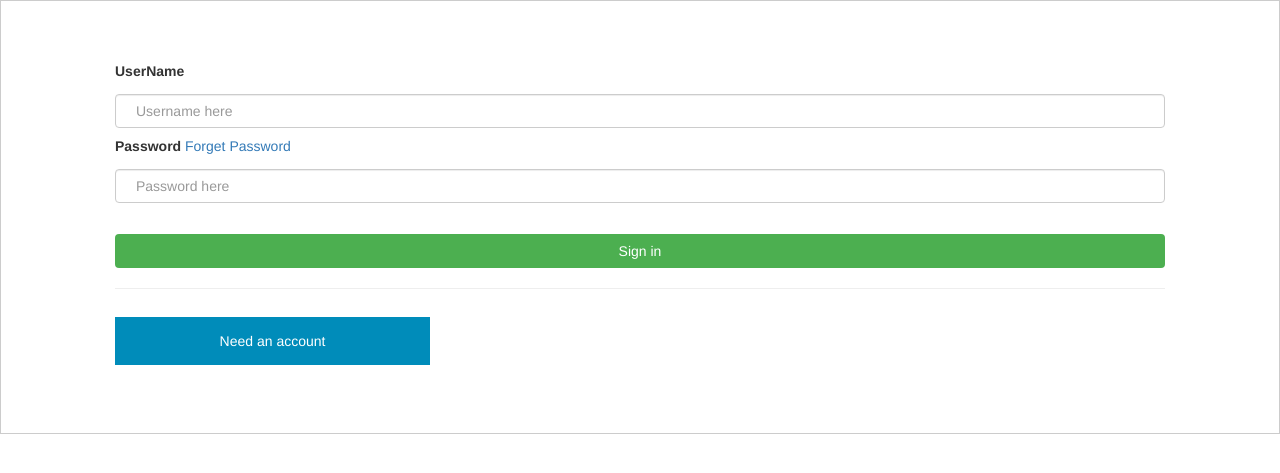
Repository: hamshini/demopro
Page: wippro/Application/WebContent/signin.html
An editor plug-in stored every save of this project. The page is shown before and after the next save, followed by the edit.
The browser window is 1280 px wide. The pictures show the whole page.

Above is the page before, as saved 2018-01-06 06:48:24.

### wippro/Application/WebContent/signin.html
<!DOCTYPE html>
<html>
<head>
<meta charset="ISO-8859-1">
<!-- <link rel="stylesheet" type="text/css" href="style.css"> -->
  <link rel="stylesheet" href="https://maxcdn.bootstrapcdn.com/bootstrap/3.3.7/css/bootstrap.min.css">
<title>SignIn</title>
</head>
<style>
input[type=text], input[type=password] {
    width: 100%;
    padding: 12px 20px;
    margin: 8px 0;
    display: inline-block;
    border: 1px solid #ccc;
    box-sizing: border-box;
}
button {
    background-color: #4CAF50;
    color: white;
    padding: 14px 20px;
    margin: 8px 0;
    border: none;
    cursor: pointer;
    width: 100%;
}

.needacc {
	padding: 14px 20px;
	background-color: #008CBA;
}
.container {
    padding: 60px;
}
.needacc,.signinbtn {
    float: left;
    width: 30%;
}
.signinbtn {
	padding: 14px 50px;
	background-color: #4CAF50;
}
.clearfix::after {
    content: "";
    clear: both;
    display: table;
}
</style>
<body>
	<form action="/action_page.php" style="border:1px solid #ccc">
	 <div class="container">
		<div class="form-group">
			<label><b>UserName</b></label><br>
			<input type="text"
				placeholder="Username here" class="form-control" name="user"
				required><br>

				 <label><b>Password</b></label>
				 <a href="forgetpass.html">Forget Password</a>
				<br>
			<input type="password" placeholder="Password here" class="form-control"
				name="pwd" required> <br>
		</div>
		<div class="clearfix">
			<button type="button" class="btn ">Sign in</button>

		</div>
		<hr>
		<div class="clearfix">
			<button type="button" class="needacc">Need an account</button>

		</div>
		</div>
	</form>
</body>
</html>

After the next save:
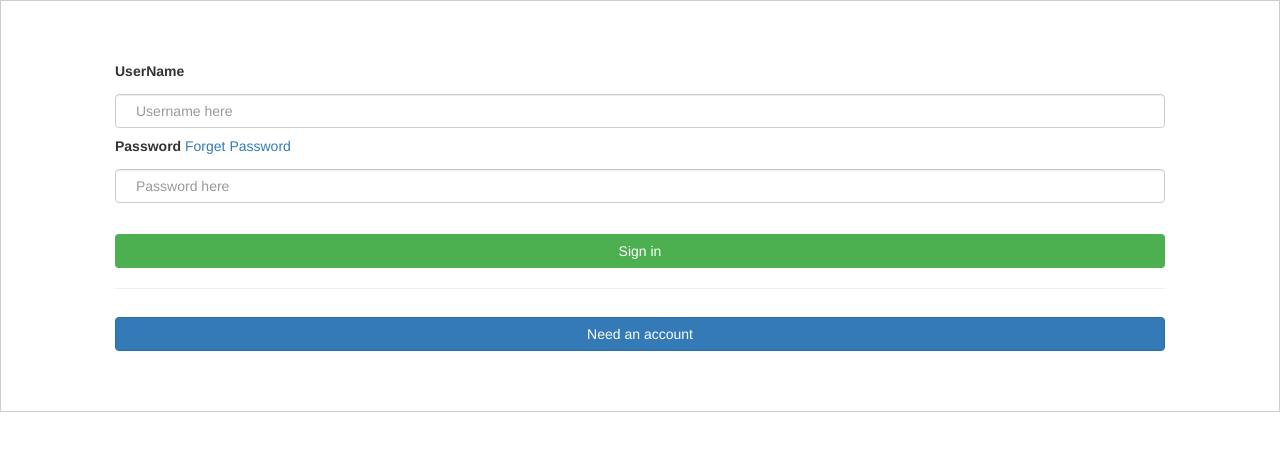
Saved 3 days later.
--- a/wippro/Application/WebContent/signin.html
+++ b/wippro/Application/WebContent/signin.html
@@ -67,7 +67,7 @@ button {
 		</div>
 		<hr>
 		<div class="clearfix">
-			<button type="button" class="needacc">Need an account</button>
+			<button type="button" class="btn btn-primary">Need an account</button>
 
 		</div>
 		</div>
